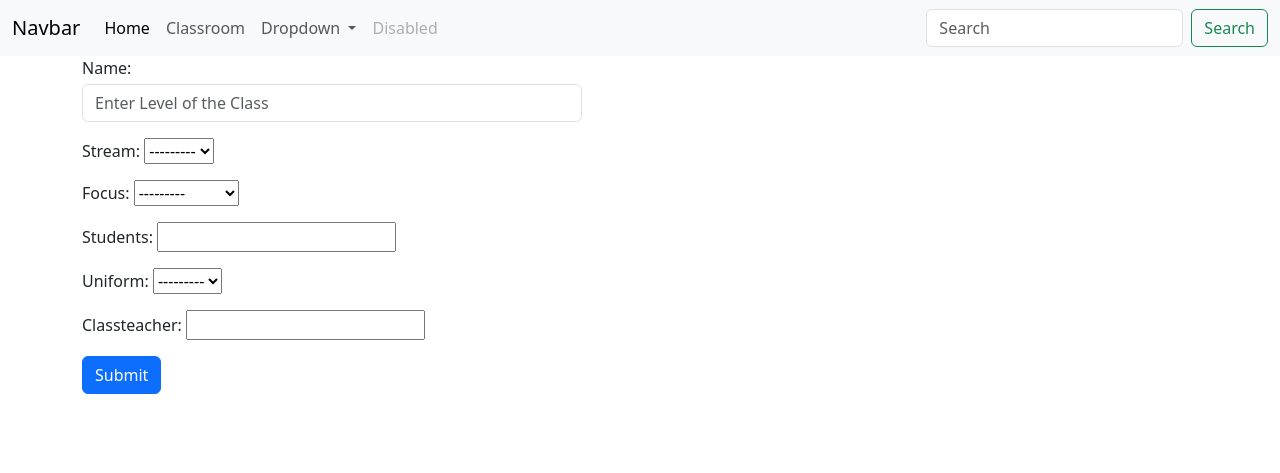
Repository: Mbote-Joseph/Django-Recap
Page: http://localhost/classroom/add
The author's editor kept a copy of each file at every save. The page is drawn from the files as they stood at one save, then again after the next save.
The browser window is 1280 px wide. The pictures show the whole page.
The page is served by the project's application, run on Django 5.2 (manage.py).

Above is the page before, as saved 2025-12-15 21:25:37.

After the next save:
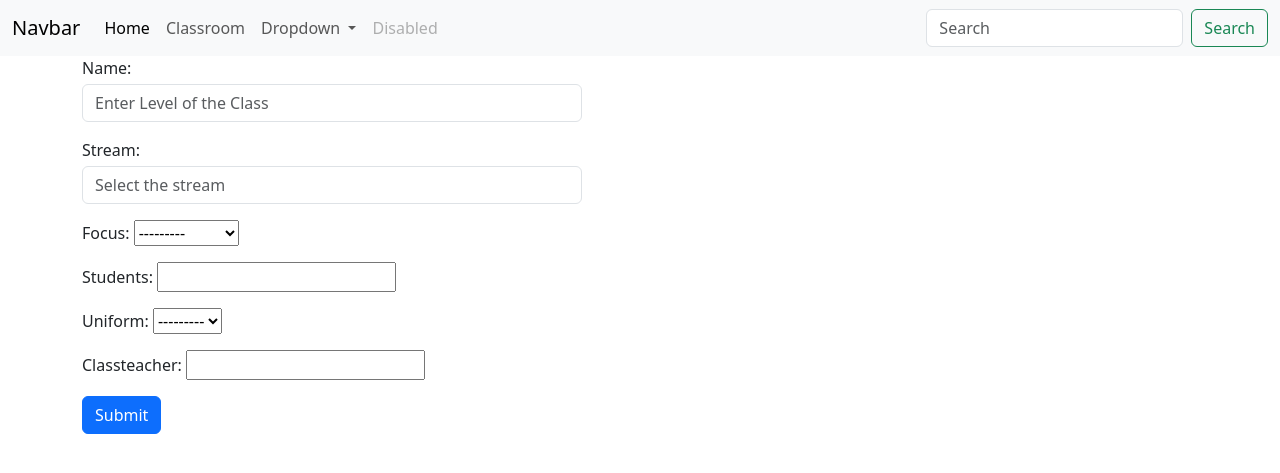
Saved 2 min 2 s later.
--- a/school/classroom/forms.py
+++ b/school/classroom/forms.py
@@ -20,5 +20,6 @@ class ClassroomForm(forms.ModelForm):
         model = ClassRoom
         fields = ('name', 'stream','focus','students', 'uniform', 'classteacher')
         widgets = {
-            'name': forms.TextInput(attrs={"class": "form-control my-1", 'placeholder': 'Enter Level of the Class', 'style': 'max-width:500px'})
+            'name': forms.TextInput(attrs={"class": "form-control my-1", 'placeholder': 'Enter Level of the Class', 'style': 'max-width:500px'}),
+            'stream': forms.TextInput(attrs={"class": "form-control my-1", 'placeholder': 'Select the stream', 'style':'max-width:500px'})
         }
